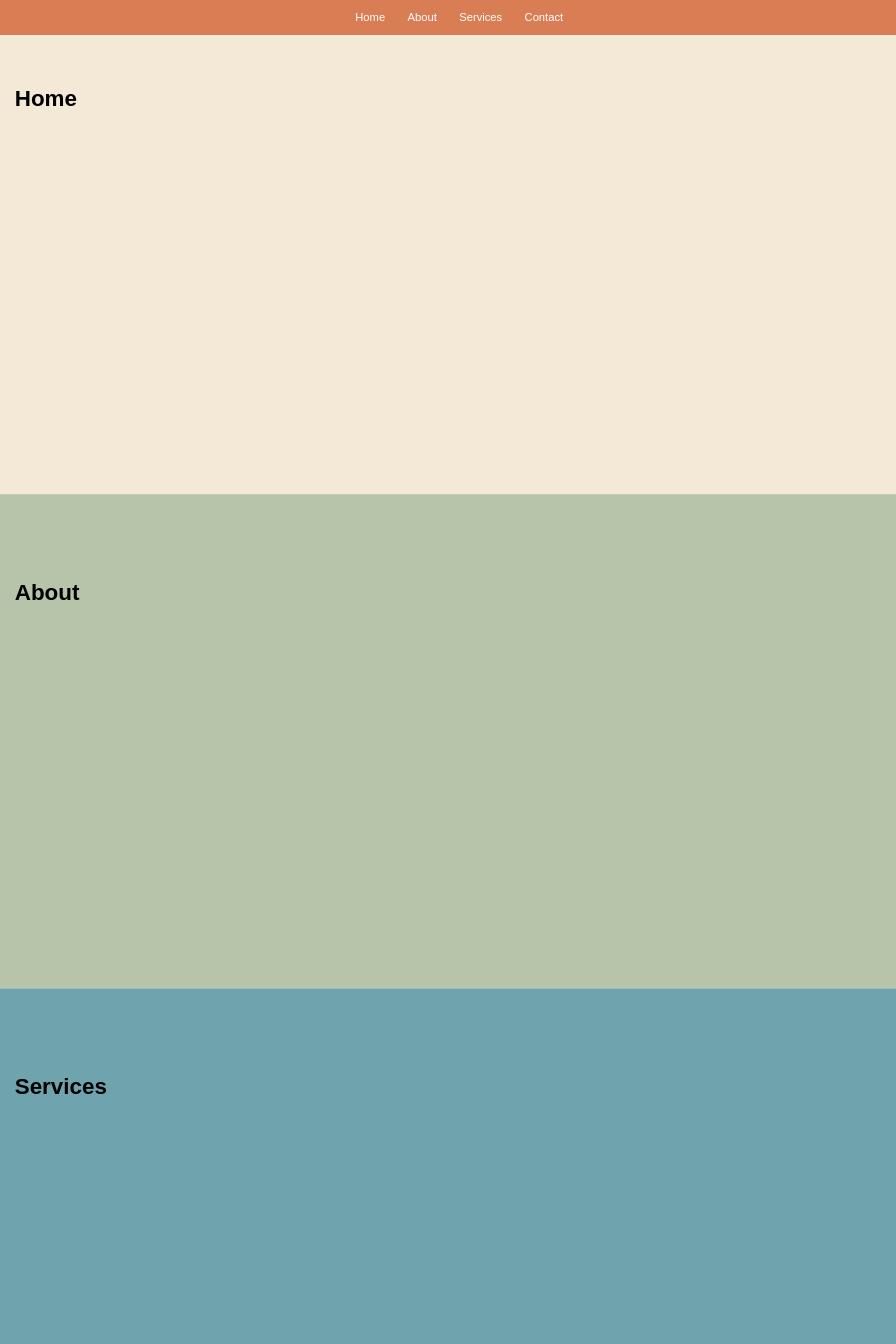
Repository: danichimescu/tema_unu_
Page: index.html
An editor plug-in stored every save of this project. The page is shown before and after the next save, followed by the edit.
The browser window is 1280 px wide. The pictures show the part of the page from y = 0 to 1920 px (the page is 2824 px tall before and 2896 px after), at 70% of full size.

Above is the page before, as saved 2025-10-06 01:53:23.

After the next save:
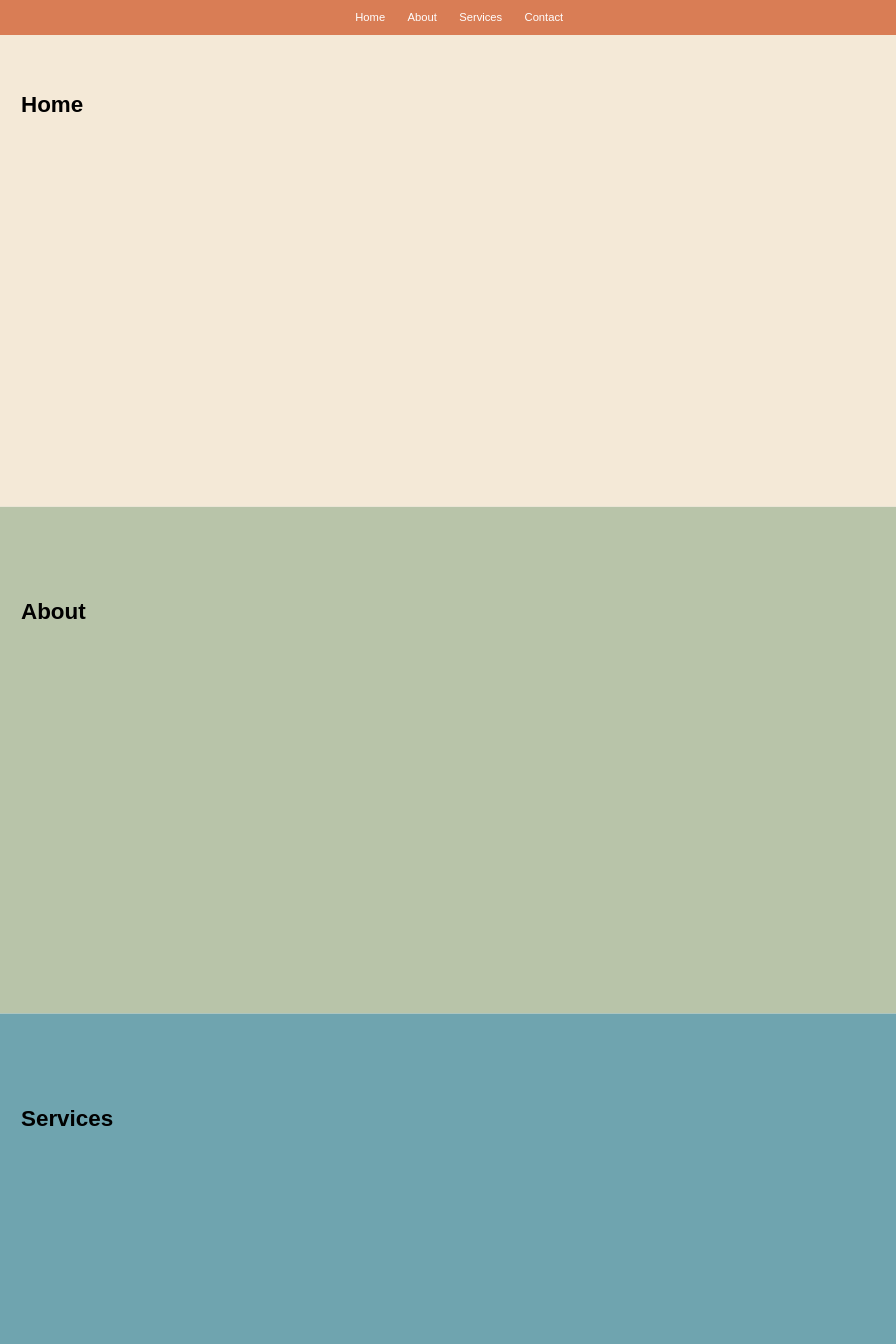
Saved 14 s later.
--- a/style.css
+++ b/style.css
@@ -30,7 +30,7 @@ nav a {
     padding: 100px 20px;
     /* margin-top: 60px; */
     height: 70vh;
-    border: 1px solid transparent;
+    border: 10px solid transparent;
 }
 
 #home {
